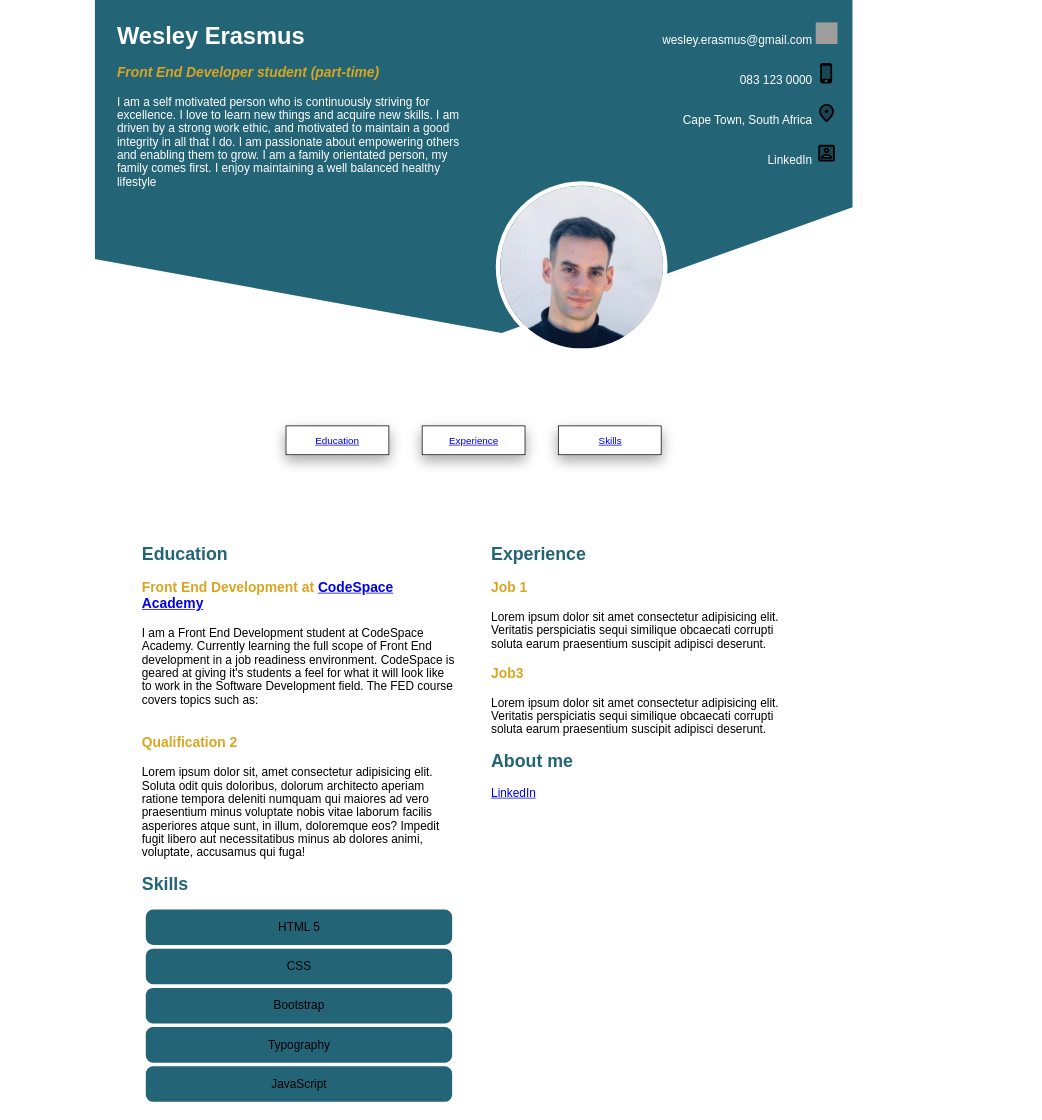
Repository: WesleyErasmus/myDigitalResume
Page: Resume-Projec-3/index.html
An editor plug-in stored every save of this project. The page is shown before and after the next save, followed by the edit.
The browser window is 1280 px wide. The page is 1408 px wide, so the pictures cover 1408 px, including what lies to the right of the window. The pictures show the whole page, at 74% of full size.
Pictures or frames that could not be fetched are drawn as grey boxes.

Above is the page before, as saved 2022-02-12 17:54:18.

### Resume-Projec-3/index.html
<!DOCTYPE html>
<html lang="en">

<head>
  <meta charset="UTF-8">
  <meta http-equiv="X-UA-Compatible" content="IE=edge">
  <meta name="viewport" content="width=device-width, initial-scale=1.0">
  <title>Hello World</title>
  <link rel="stylesheet" href="styles.css">
</head>

<body>
  <header>
    <div class="title">
          <h1>Wesley Erasmus</h1>
          <h3> <em>Front End Developer student (part-time)</em></h3>
          <p>I am a self motivated person who is continuously striving for excellence. I love to learn new things and acquire new skills. I am driven by a strong work ethic, and motivated to maintain a good integrity in all that I do. I am passionate about empowering others and enabling them to grow. I am a family orientated person, my family comes first. I enjoy maintaining a well balanced healthy lifestyle</p>
    </div>

    <ul class="contact-details">
            <li>wesley.erasmus@gmail.com <img src="svg/email.svg" alt="Gmail" style="width: 30px; height: 30px;"> </li>

            <li>083 123 0000 <img src="svg/phone.svg" alt="Cell number" style="width: 30px; height: 30px;"> </li>

            <li>Cape Town, South Africa <img src="svg/location2.svg" alt="Location" style="width: 30px; height: 30px;"> </li>

            <li>LinkedIn </a> <img src="svg/account.svg" alt="LinkedIn profile" style="width: 30px; height: 30px;"> </li>
    </ul>


  </header>

    <img id="headshot" src="images/headshot.jpeg" alt="Portrait image of Wesley Erasmus">



    <svg width="1024px" >
      <polygon fill="#236477" points="0,0 1024,0 1024,280 550,450 0,350"/>
  </svg>

  <nav>

    <ul class="page-links">
      <li> <button><a href="#Education">Education</a></button></li>
      <li><button><a href="#Experience">Experience</a></button></li>
      <li><button><a href="#Skills">Skills</a></button></li>
    </ul>

  </nav>

  <main>

    <div class="flex-col-1">

      <h2 class="color-headings" id="Education">Education</h2>

      <h3>Front End Development at <a href="https://www.codespace.co.za/" target="_blank">CodeSpace Academy</a> </h3>

      <p>I am a Front End Development student at CodeSpace Academy. Currently learning the full scope of Front End development in a job readiness environment. CodeSpace is geared at giving it's students a feel for what it will look like to work in the Software Development field. The FED course covers topics such as:</p>
      <br>

        <h3>Qualification 2</h3>

      <p>Lorem ipsum dolor sit, amet consectetur adipisicing elit. Soluta odit quis doloribus, dolorum architecto
        aperiam ratione tempora deleniti numquam qui maiores ad vero praesentium minus voluptate nobis vitae laborum
        facilis asperiores atque sunt, in illum, doloremque eos? Impedit fugit libero aut necessitatibus minus ab
        dolores animi, voluptate, accusamus qui fuga!</p>




      <h2 class="color-headings" id="Skills">Skills</h2>
        <!-- <div class="skills">
        <span>HTML 5</span>
        <span>CSS</span>
        <span>Bootstrap</span>
        <span>Typography</span>
        <span>JavaScript</span>
      </div> -->

      <ul class="skills">
        <li>HTML 5</li>
        <li>CSS</li>
        <li>Bootstrap</li>
        <li>Typography</li>
        <li>JavaScript</li>
      </ul>

  </div>


    <div class="flex-col-1">
    <h2 class="color-headings" id="Experience">Experience</h2>
    <h3>Job 1</h3>
    <p>Lorem ipsum dolor sit amet consectetur adipisicing elit. Veritatis perspiciatis sequi similique obcaecati
      corrupti soluta earum praesentium suscipit adipisci deserunt.</p>
    <h3>Job3</h3>
    <p>Lorem ipsum dolor sit amet consectetur adipisicing elit. Veritatis perspiciatis sequi similique obcaecati
      corrupti soluta earum praesentium suscipit adipisci deserunt.</p>


    <h2 class="color-headings" >About me</h2>
    <p>
      <a href="https://www.linkedin.com/feed/" target="_blank">LinkedIn</a>
    </p>
  </div>

  </main>

</body>

</html>

### Resume-Projec-3/styles.css
* {
    margin: 0;
    padding: 0;
    font-family: sans-serif;
}
body {
max-width: 1024px;
max-height: 830px;
margin: 0 auto;
}
ul {
    list-style-type: none;
}
header {
    display: flex;
    width: 100%;
    color: #fff;
    margin-bottom: 50px;
}
h3 {
    color: goldenrod;
    margin-top: 20px;
    margin-bottom: 20px;
}
.contact-details {
    padding-top: 20px;
    width: 50%;
    text-align: right;
    list-style-type: none;
}
.contact-details li{
    padding: 10px 20px 10px 10px;
    text-align: right;
    list-style-type: none;
}

.title {
    width: 50%;
    padding: 30px;
}
#headshot{
    position: relative;
    float: right;
    right: 250px;
    top: -90px;
    width: 220px;
    height: 220px;
    border-radius: 50%;
    border: 6px solid #fff;
}

svg {
    display: block;
    width: 1024px;
    z-index: -1;
    position: absolute;
    top: 0;
    width: 100%;
    height: 500px;
}
nav {
    margin-top: 290px;
}
.page-links li{
    display: inline;
    background-color: #fff;
    margin: 20px;
}
button {
    color: #000;
    background-color: #fff;
    width: 140px;
    height: 40px;
    border: solid 1px black;
    box-shadow: 0 8px 16px 0 rgba(0,0,0,0.2), 0 6px 20px 0 rgba(0,0,0,0.19);
}
button:hover {
    cursor: pointer;
    background-color: goldenrod;

}
a:visited {
    color: #173042;
  }

  a:active {
    color: blue;
  }
/* button:click {
    cursor: pointer;

} */
.color-headings {
    color: #236477;
    margin: 20px 0 20px 0;
}
.page-links{
    text-align: center;
}

main {

    margin: 80px 40px 0 40px;
    display: flex;
    flex-direction: row;
}
.flex-col-1, .flex-col-2 {
    margin: 0 auto;
    text-align: left;
    width: 45%;
    padding: 20px;
}
.skills li {
    background-color:#236477;
    padding: 15px;
    margin: 5px;
    text-align: center;
    border-radius: 10px;
}

After the next save:
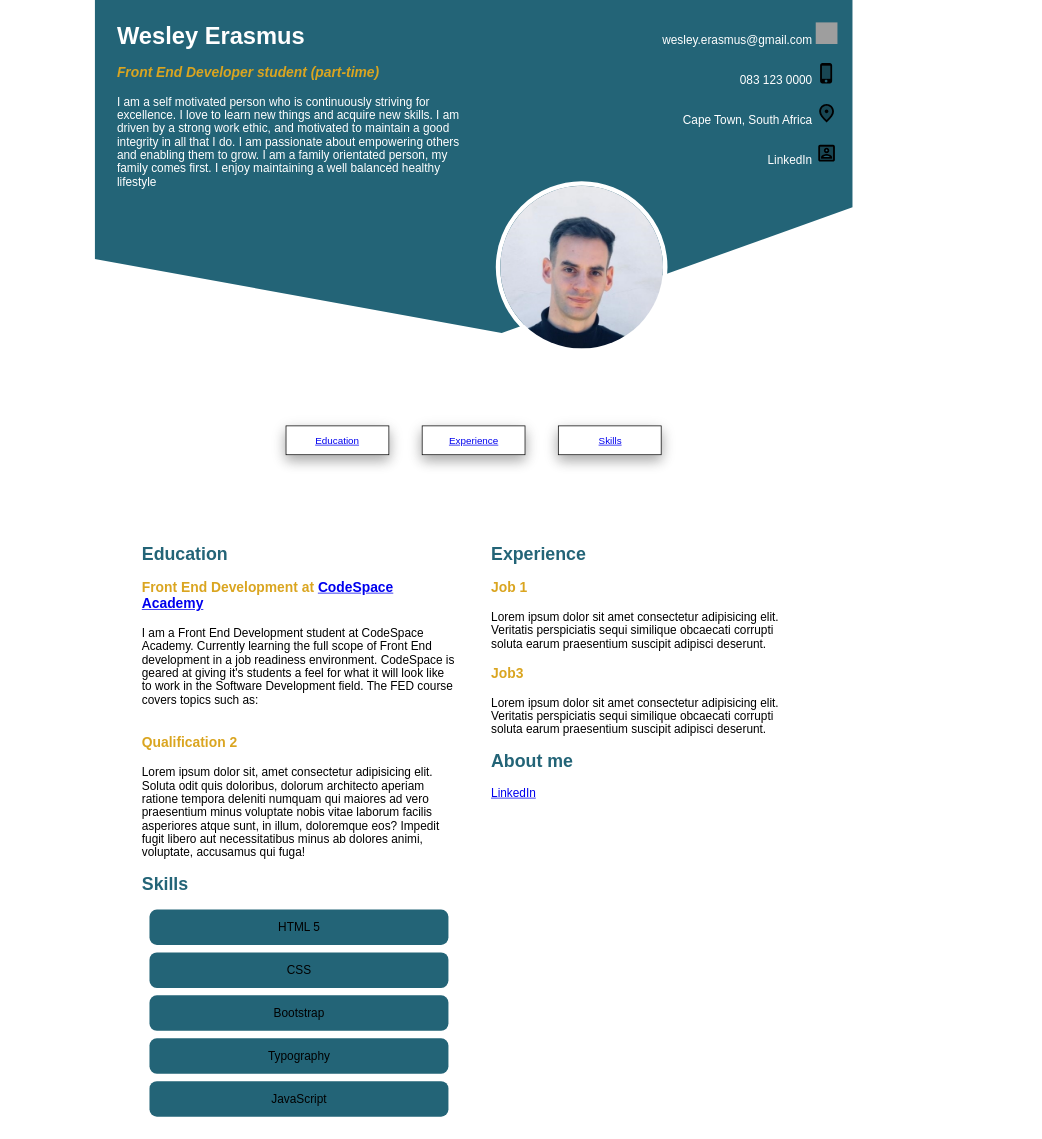
Saved 5 s later.
--- a/Resume-Projec-3/styles.css
+++ b/Resume-Projec-3/styles.css
@@ -113,7 +113,7 @@ main {
 .skills li {
     background-color:#236477;
     padding: 15px;
-    margin: 5px;
+    margin: 10px;
     text-align: center;
     border-radius: 10px;
 }
